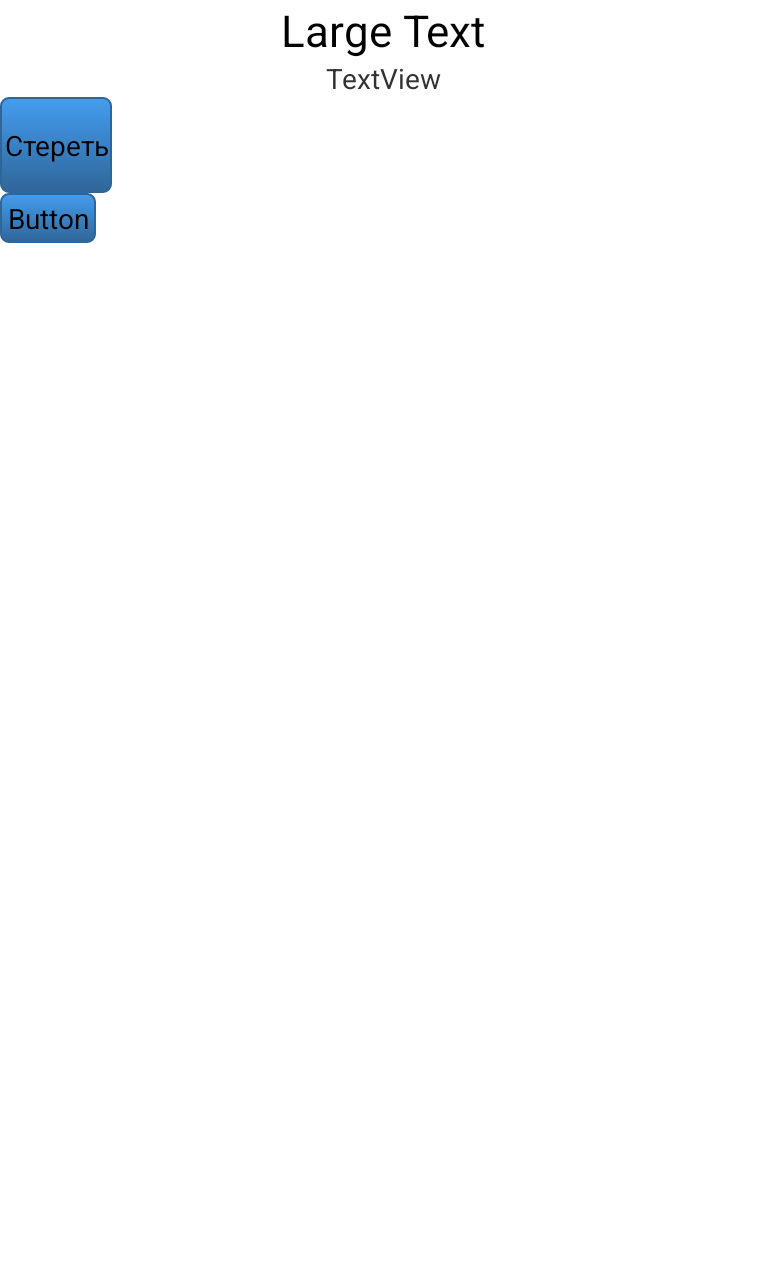
Repository: pcombi/android_dev
Layout: EnglishGrammar/res/layout/tests.xml
An editor plug-in stored every save of this project. The layout is shown before and after a run of saves, followed by the edit.
It is drawn on a 768 x 1280 px phone screen (xhdpi) without system bars, with theme AppTheme; the app's code is not run.

Above is the layout before, as saved 2012-12-29 03:52:44.

After the next 2 saves:
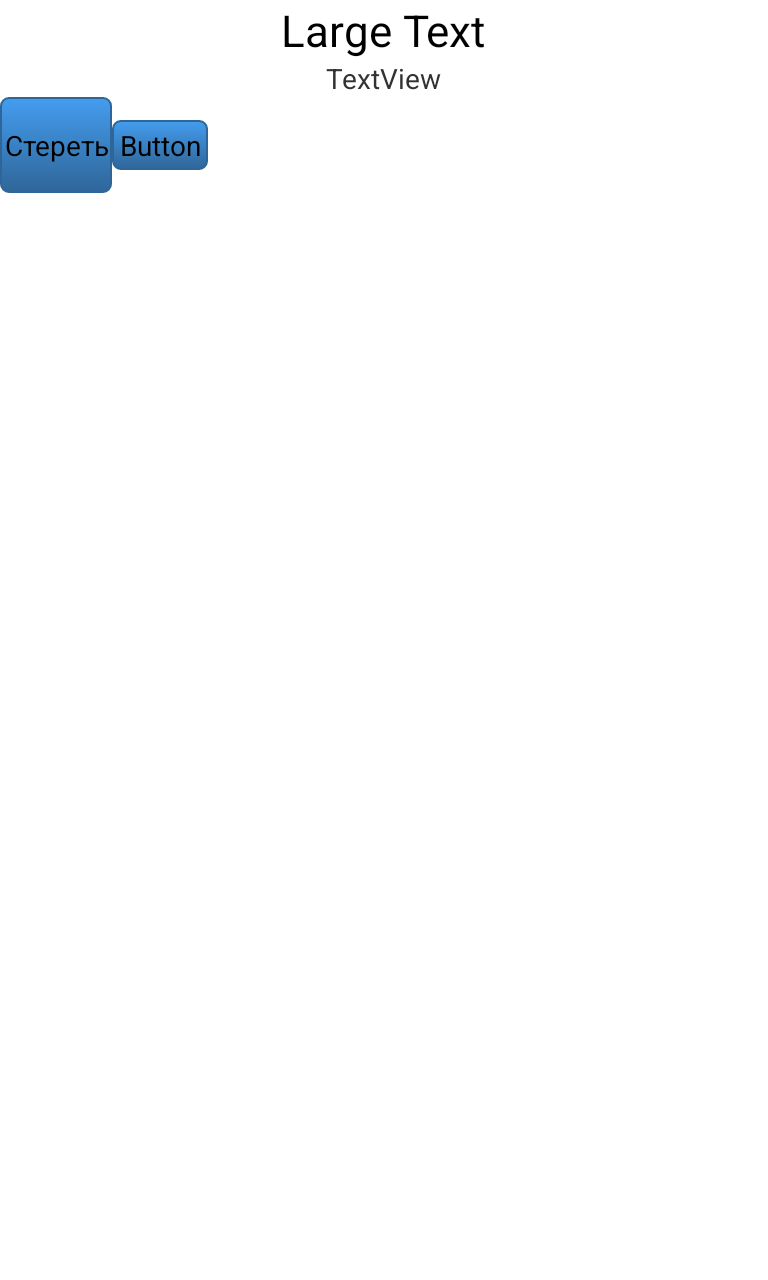
The 2 saves are shown as one change because they came seconds apart.
The last was saved 2 min 9 s later.
--- a/EnglishGrammar/res/layout/tests.xml
+++ b/EnglishGrammar/res/layout/tests.xml
@@ -33,21 +33,28 @@
         </LinearLayout>
     </LinearLayout>
 
-    <Button
-        android:id="@+id/bErase"
-        style="?android:attr/buttonStyleSmall"
+    <LinearLayout
+        android:id="@+id/llButtons"
         android:layout_width="wrap_content"
         android:layout_height="wrap_content"
-        android:background="@drawable/btn_blue"
-        android:text="@string/erase" />
+        android:orientation="horizontal" >
 
-    <Button
-        android:id="@+id/button1"
-        style="?android:attr/buttonStyleSmall"
-        android:layout_width="wrap_content"
-        android:layout_height="25dp"
-        android:background="@drawable/btn_blue"
-        android:text="Button" />
+        <Button
+            android:id="@+id/bErase"
+            style="?android:attr/buttonStyleSmall"
+            android:layout_width="wrap_content"
+            android:layout_height="wrap_content"
+            android:background="@drawable/btn_blue"
+            android:text="@string/erase" />
+
+        <Button
+            android:id="@+id/button1"
+            style="?android:attr/buttonStyleSmall"
+            android:layout_width="wrap_content"
+            android:layout_height="25dp"
+            android:background="@drawable/btn_blue"
+            android:text="Button" />
+    </LinearLayout>
 
     <LinearLayout
         android:id="@+id/buttonOptions1"
